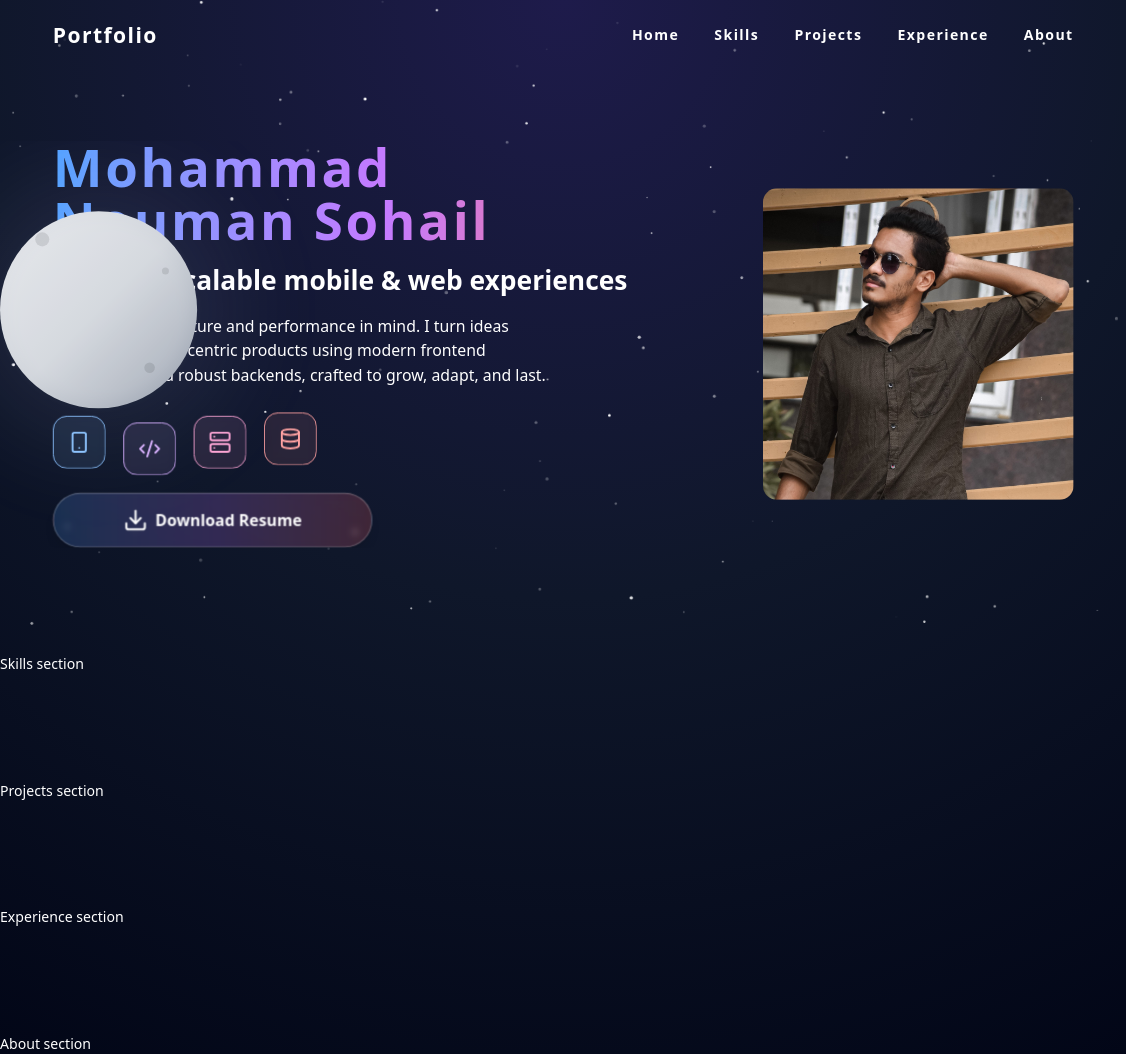
Repository: NoumanSohail/Nouman-Sohail-Portfolio
Page: /
The author's editor kept a copy of each file at every save. The page is drawn from the files as they stood at one save, then again after the next save.
The browser window is 1280 px wide. The pictures show the whole page, at 88% of full size.
The project was rebuilt for these pictures with package versions that can differ from the ones it lists, and the page was loaded fresh each time. The framework's server and built-in components were replaced by stand-ins that run in the browser. Also part of the build but not shown: next.config.ts.

Above is the page before, as saved 2026-01-24 22:20:49.

### app/layout.tsx
import type { Metadata } from "next";
import { Geist, Geist_Mono } from "next/font/google";
import "./globals.css";
import Navbar from "./components/header/Navbar";
import StarBackground from "./components/ui/StarBackground";

const geistSans = Geist({
  variable: "--font-geist-sans",
  subsets: ["latin"],
});

const geistMono = Geist_Mono({
  variable: "--font-geist-mono",
  subsets: ["latin"],
});

export const metadata: Metadata = {
  title: "Create Next App",
  description: "Generated by create next app",
};

export default function RootLayout({
  children,
}: Readonly<{
  children: React.ReactNode;
}>) {
  return (
    <html lang="en">
      <body
        className={`${geistSans.variable} ${geistMono.variable} antialiased`}
      >
        <StarBackground />
        <Navbar />
        {children}
      </body>
    </html>
  );
}

### app/page.tsx
import React from 'react'
import Hero from './components/sections/Hero'
import Skills from './components/sections/Skills'
import Projects from './components/sections/Projects'
import Experience from './components/sections/Experience'
import About from './components/sections/About'

const page = () => {
  return (
    <div>
      <Hero />
      <Skills />
      <Projects />
      <Experience />
      <About />
    </div>
  )
}

export default page

### app/globals.css
@import "tailwindcss";

html {
  scroll-behavior: smooth;
}

body {
  overflow-x: hidden;
  position: relative;
  background: radial-gradient(circle at 50% 0%, #1e1b4b, #0f172a, #020617);
  min-height: 100vh;
}

### app/components/header/Navbar.tsx
"use client";

import { useEffect, useState } from "react";
import { navLinks } from "@/app/data";
import Link from "next/link";
import { Menu, X } from "lucide-react";

const Navbar = () => {
  const [isScrolled, setIsScrolled] = useState(false);
  const [menuOpen, setMenuOpen] = useState(false);

  useEffect(() => {
    const handleScroll = () => setIsScrolled(window.scrollY > 20);
    window.addEventListener("scroll", handleScroll);
    return () => window.removeEventListener("scroll", handleScroll);
  }, []);

  return (
    <header
      className={`fixed top-0 left-0 right-0 z-50 transition-all ${
        isScrolled
          ? "bg-transparent backdrop-blur-md border-b border-white/20 shadow-lg py-3"
          : "bg-transparent py-6"
      }`}
    >
      <div className="w-full mx-auto max-w-384 flex items-center justify-between px-5 md:px-10 lg:px-15 text-white tracking-widest">
        <h1 className="font-bold text-2xl">Portfolio</h1>

        {/* large displays like laptops */}
        <nav className="hidden lg:flex">
          {navLinks.map((links) => (
            <div key={links.name} className="flex ml-10 font-semibold">
              <Link href={links.id}>{links.name}</Link>
            </div>
          ))}
        </nav>

        {/* Mobile Hamburger */}
        <div className="lg:hidden flex items-center justify-center">
          <button
            onClick={() => setMenuOpen(!menuOpen)}
            className="text-zinc-400"
          >
            <Menu size={30} />
          </button>
        </div>

        {menuOpen && (
          <div className="fixed inset-0 h-screen flex justify-end bg-black/40 backdrop-blur-sm">
            <div className="relative h-full w-[60%] bg-[#0f172a] text-white flex items-center transition-transform duration-300 translate-x-0">
              <button
                onClick={() => setMenuOpen(false)}
                className={`absolute top right-5 md:right-10 text-white ${isScrolled ? "top-3" : "top-6"}`}
              >
                <X size={30} />
              </button>

              <nav className="flex flex-col p-10 gap-10 mt-20">
                {navLinks.map((links) => (
                  <Link
                    key={links.name}
                    href={links.id}
                    onClick={() => setMenuOpen(false)}
                    className="font-semibold"
                  >
                    {links.name}
                  </Link>
                ))}
              </nav>
            </div>
          </div>
        )}
      </div>
    </header>
  );
};

export default Navbar;

### app/components/ui/StarBackground.tsx
"use client";

import { useEffect, useRef } from "react";

const StarBackground = () => {
  const canvasRef = useRef<HTMLCanvasElement | null>(null);

  useEffect(() => {
    const canvas = canvasRef.current;
    if (!canvas) return;

    const ctx = canvas.getContext("2d");
    if (!ctx) return;

    let stars: any[] = [];
    const STAR_COUNT = 120;

    const resize = () => {
      canvas.width = window.innerWidth;
      canvas.height = window.innerHeight;
    };

    resize();
    window.addEventListener("resize", resize);

    // Create stars
    stars = Array.from({ length: STAR_COUNT }).map(() => ({
      x: Math.random() * canvas.width,
      y: Math.random() * canvas.height,
      radius: Math.random() * 1.5 + 0.5,
      speed: Math.random() * 0.3 + 0.1,
      opacity: Math.random(),
    }));

    const animate = () => {
      ctx.clearRect(0, 0, canvas.width, canvas.height);

      stars.forEach((star) => {
        star.y += star.speed;
        if (star.y > canvas.height) {
          star.y = 0;
          star.x = Math.random() * canvas.width;
        }

        ctx.beginPath();
        ctx.arc(star.x, star.y, star.radius, 0, Math.PI * 2);
        ctx.fillStyle = `rgba(255,255,255,${star.opacity})`;
        ctx.fill();
      });

      requestAnimationFrame(animate);
    };

    animate();

    return () => window.removeEventListener("resize", resize);
  }, []);

  return (
    <canvas
      ref={canvasRef}
      className="fixed inset-0 pointer-events-none -z-10"
    />
  );
};

export default StarBackground;

### app/components/sections/Hero.tsx
"use client";

import { personaldetails } from "@/app/data";
import Image from "next/image";
import me from "@/public/images/me.jpg";
import { Code2, Database, Download, Server, Smartphone } from "lucide-react";
import { motion } from "framer-motion";
import Button from "../ui/Button";

const Hero = () => {
  return (
    <section
      id="home"
      className="relative scroll-mt-40 w-full mx-auto max-w-384 px-5 md:px-10 lg:px-15 text-white mt-30 xl:mt-40 overflow-hidden"
    >
      {/* 🌙 Glowing Moon */}
      <div
        className="absolute pointer-events-none hidden lg:block
             lg:left-55 xl:left-0 top-20
             w-44 h-44 xl:w-56 xl:h-56
             rounded-full
             bg-gradient-to-br from-gray-200 via-gray-300 to-gray-400
             shadow-[0_0_120px_40px_rgba(200,200,255,0.1)]
             [animation-duration:4s]
             z-0"
      >
        {/* Moon texture */}
        <div className="absolute inset-2 rounded-full bg-white/10 blur-sm" />
        <div className="absolute top-6 left-10 w-4 h-4 rounded-full bg-black/10" />
        <div className="absolute bottom-10 right-12 w-3 h-3 rounded-full bg-black/10" />
        <div className="absolute top-16 right-8 w-2 h-2 rounded-full bg-black/10" />
      </div>

      <div className="flex flex-col lg:flex-row items-center justify-center gap-7 lg:gap-20 text-center lg:text-start">
        <div className="flex flex-col gap-5">
          <motion.div
            initial={{ x: -100, opacity: 0 }}
            whileInView={{ x: 0, opacity: 1 }}
            viewport={{ once: false, amount: 0.5 }}
            transition={{ duration: 0.5, ease: "easeOut" }}
            className="flex flex-col gap-5"
          >
            <h1
              className="font-black text-4xl lg:text-5xl xl:text-6xl tracking-wider text-balance text-transparent
                          bg-clip-text bg-linear-to-r from-blue-400 via-purple-400 to-red-400"
            >
              {personaldetails.name}
            </h1>
            <h2 className="font-semibold text-2xl lg:text-3xl">
              {personaldetails.tagline}
            </h2>
            <p className="lg:text-lg lg:text-balance">
              {personaldetails.statement}
            </p>
          </motion.div>

          <motion.div
            initial={{ scale: 0.8, opacity: 0 }}
            whileInView={{ scale: 1, opacity: 1 }}
            viewport={{ once: false, amount: 0.5 }}
            transition={{
              duration: 0.5,
              ease: "easeOut",
            }}
            className="flex flex-col gap-5 mt-5 items-center justify-center lg:items-start lg:justify-start"
          >
            <div className="flex gap-5">
              <Smartphone
                size={60}
                className="p-4 border rounded-2xl backdrop-blur-xs bg-blue-300/10 hover:scale-110
                        border-blue-300  hover:border-blue-300 text-blue-300 hover:text-blue-300
                        transition-all duration-300 animate-bounce [animation-delay:0ms]"
              />
              <Code2
                size={60}
                className="p-4 border rounded-2xl backdrop-blur-xs bg-purple-300/10 hover:scale-110
                        border-purple-300 hover:border-purple-300 text-purple-300 hover:text-purple-300
                        transition-all duration-300 animate-bounce [animation-delay:100ms]"
              />
              <Server
                size={60}
                className="p-4 border rounded-2xl backdrop-blur-xs bg-pink-300/10 hover:scale-110
                        border-pink-300 hover:border-pink-300 text-pink-300 hover:text-pink-300
                        transition-all duration-300 animate-bounce [animation-delay:200ms]"
              />
              <Database
                size={60}
                className="p-4 border rounded-2xl backdrop-blur-xs bg-red-300/10 hover:scale-110
                        border-red-300 hover:border-red-300 text-red-300 hover:text-red-300
                        transition-all duration-300 animate-bounce [animation-delay:300ms]"
              />
            </div>

            <Button
              title="Download Resume"
              onClick={() => console.log("Download")}
              icon={<Download size={28} />}
              className="bg-linear-to-r from-blue-400/20 via-purple-400/20 to-red-400/20
                        border border-white/30 p-4 w-[70%] lg:w-[50%] rounded-full md:text-lg
                        transition-all duration-300 hover:animate-pulse backdrop-blur-xs"
            />
          </motion.div>
        </div>

        <motion.div
          initial={{ x: 100, opacity: 0 }}
          whileInView={{ x: 0, opacity: 1 }}
          viewport={{ once: false, amount: 0.3 }}
          transition={{ duration: 0.5, ease: "easeOut" }}
        >
          <Image
            src={me}
            alt={personaldetails.name}
            height={350}
            width={350}
            className="rounded-2xl lg:h-3xl lg:w-3xl"
          />
        </motion.div>
      </div>
    </section>
  );
};

export default Hero;

### app/components/sections/Skills.tsx

const Skills = () => {
  return (
    <section id="skills" className="h-fit">
      <div className="text-white pt-30">Skills section</div>
    </section>
  );
};

export default Skills;

### app/components/sections/Projects.tsx

const Projects = () => {
  return (
    <section id="projects" className="h-fit">
      <div className="text-white pt-30">Projects section</div>
    </section>
  )
}

export default Projects

### app/components/sections/Experience.tsx

const Experience = () => {
  return (
    <section id="experience" className="h-fit">
      <div className="text-white pt-30">Experience section</div>
    </section>
  );
};

export default Experience;

### app/components/sections/About.tsx

const About = () => {
  return (
    <section id="about" className="h-fit">
      <div className="text-white pt-30">About section</div>
    </section>
  )
}

export default About

### app/data.tsx
export const navLinks = [
  { name: "Home", id: "/#home" },
  { name: "Skills", id: "/#skills" },
  { name: "Projects", id: "/#projects" },
  { name: "Experience", id: "/#experience" },
  { name: "About", id: "/#about" },
];

export const personaldetails = {
  name: "Mohammad Nouman Sohail",
  role: "Full Stack Mobile & Web Developer",
  tagline: "Building scalable mobile & web experiences",
  statement:
    "with clean architecture and performance in mind. I turn ideas into reliable, user-centric products using modern frontend frameworks and robust backends, crafted to grow, adapt, and last.",
};

### app/components/ui/Button.tsx
import { ReactNode } from "react";

interface ButtonProps {
  title: string;
  onClick: () => void;
  type?: "button" | "submit";
  disabled?: boolean;

  /* 🔹 Optional Icon */
  icon?: ReactNode;
  iconPosition?: "left" | "right";

  /* 🔹 External Styles */
  className?: string;
}

const Button = ({
  title,
  onClick,
  type = "button",
  disabled = false,
  icon,
  iconPosition = "left",
  className = "",
}: ButtonProps) => {
  return (
    <button
      type={type}
      onClick={!disabled ? onClick : undefined}
      disabled={disabled}
      className={`
        group
        font-semibold shadow-lg
        transition-all transform
        flex items-center justify-center gap-2
        duration-300
        ${
          disabled
            ? "bg-gray-300 text-white cursor-not-allowed opacity-70 transition-all duration-300"
            : "hover:scale-105 cursor-pointer transition-all duration-300"
        }

        ${className}
      `}
    >
      {/* ICON LEFT */}
      {icon && iconPosition === "left" && (
        <span className="button-icon flex items-center">{icon}</span>
      )}

      <span>{title}</span>

      {/* ICON RIGHT */}
      {icon && iconPosition === "right" && (
        <span className="button-icon flex items-center">{icon}</span>
      )}
    </button>
  );
};

export default Button;

After the next save:
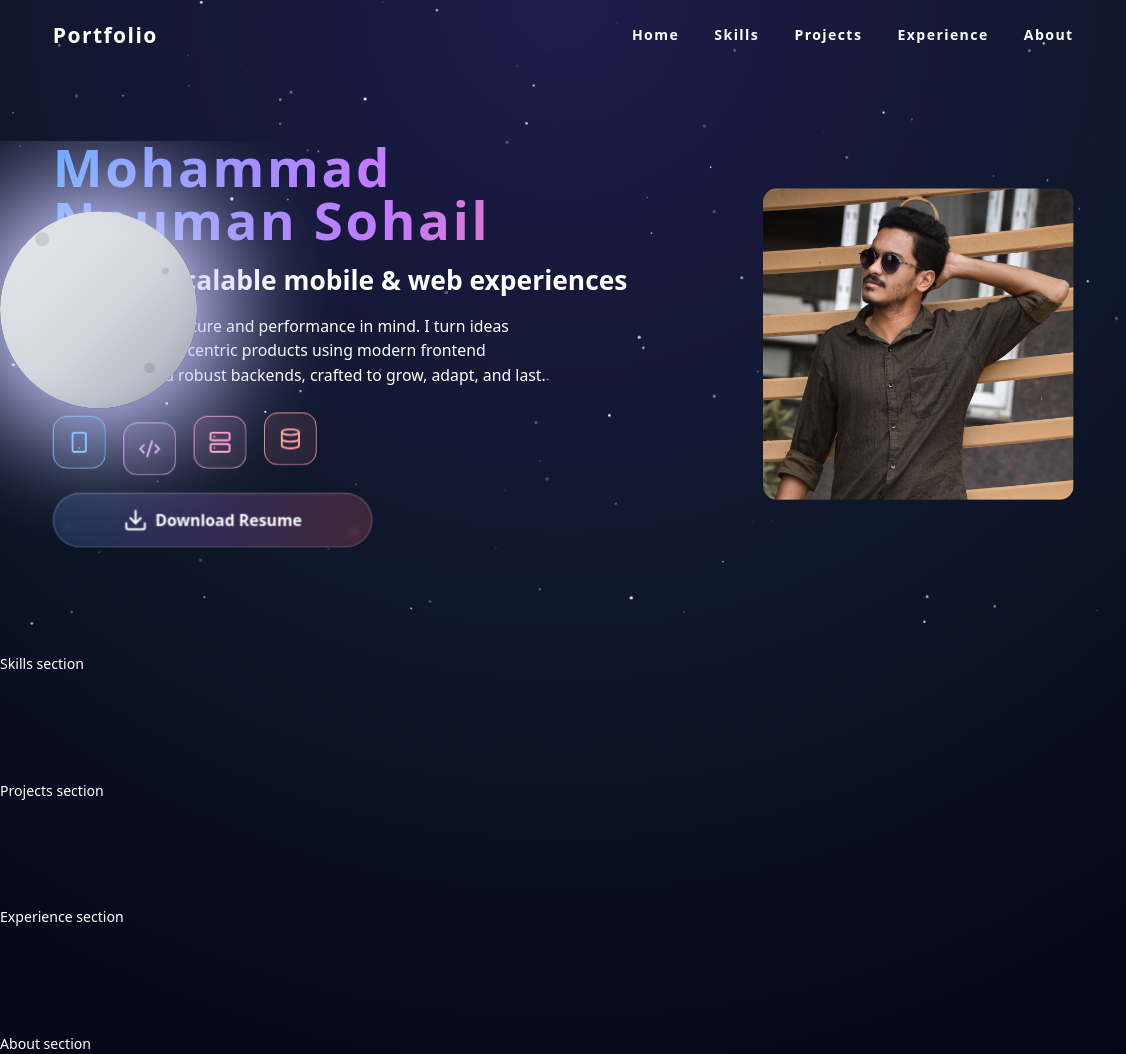
Saved 14 s later.
--- a/app/components/sections/Hero.tsx
+++ b/app/components/sections/Hero.tsx
@@ -20,7 +20,7 @@
              w-44 h-44 xl:w-56 xl:h-56
              rounded-full
              bg-gradient-to-br from-gray-200 via-gray-300 to-gray-400
-             shadow-[0_0_120px_40px_rgba(200,200,255,0.1)]
+             shadow-[0_0_120px_40px_rgba(200,200,255)]
              [animation-duration:4s]
              z-0"
       >

After the save that followed:
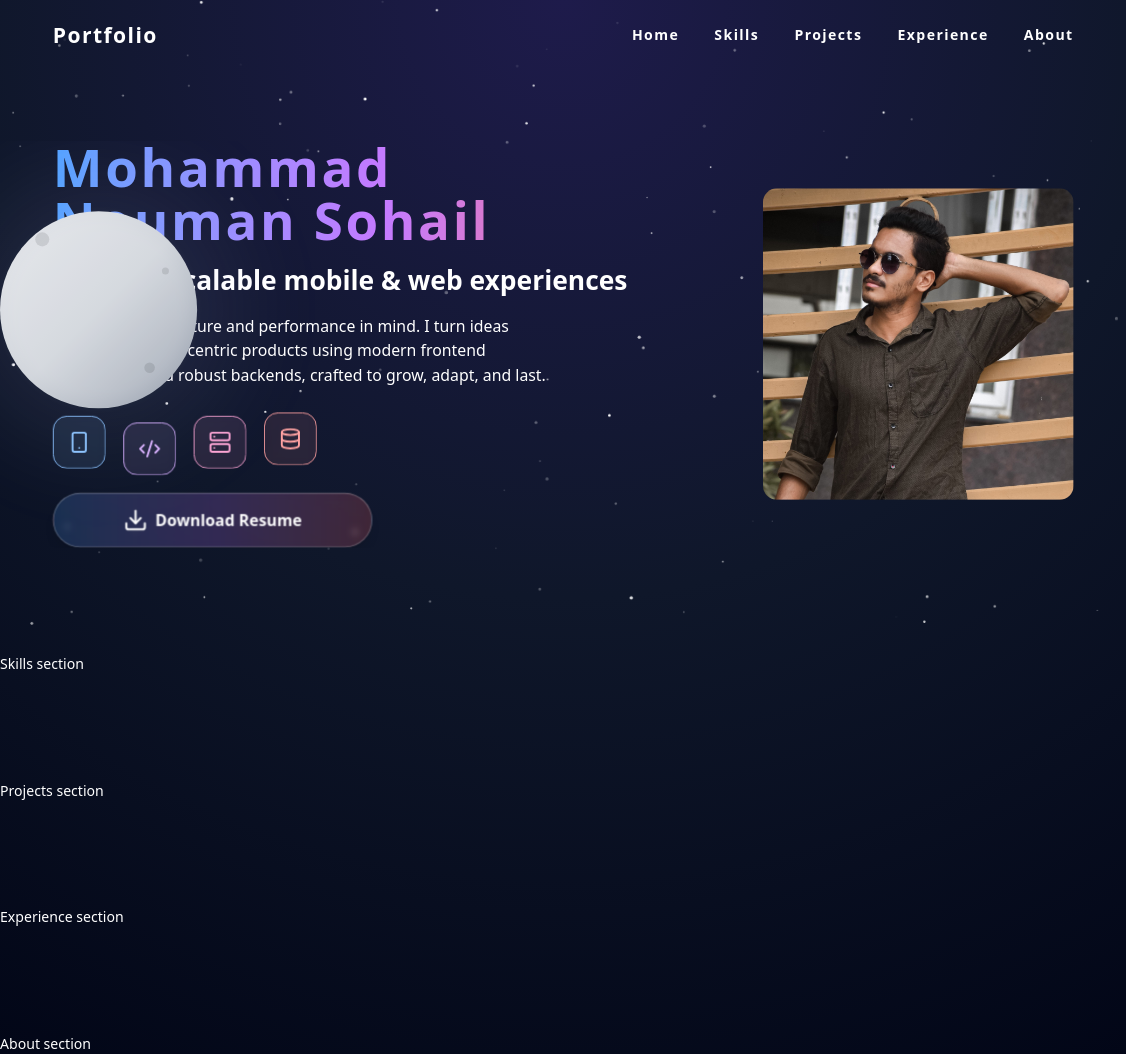
Saved 8 s later.
--- a/app/components/sections/Hero.tsx
+++ b/app/components/sections/Hero.tsx
@@ -20,7 +20,7 @@
              w-44 h-44 xl:w-56 xl:h-56
              rounded-full
              bg-gradient-to-br from-gray-200 via-gray-300 to-gray-400
-             shadow-[0_0_120px_40px_rgba(200,200,255)]
+             shadow-[0_0_120px_40px_rgba(200,200,255,0.1)]
              [animation-duration:4s]
              z-0"
       >
